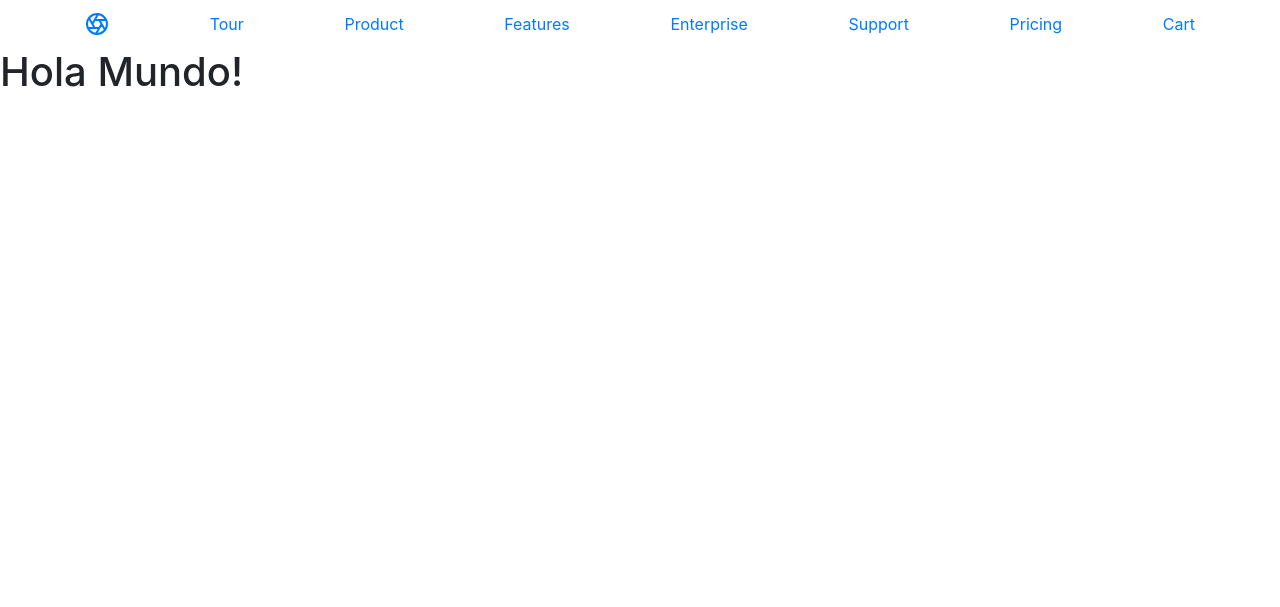
Repository: mapp1990/pasarela
Page: http://localhost/producto
An editor plug-in stored every save of this project. The page is shown before and after the next save, followed by the edit.
The browser window is 1280 px wide. The pictures show the whole page.
The page is served by the project's Laravel application, run on PHP 8.4 with Laravel 9.

Above is the page before, as saved 2022-05-27 17:28:34.

After the next save:
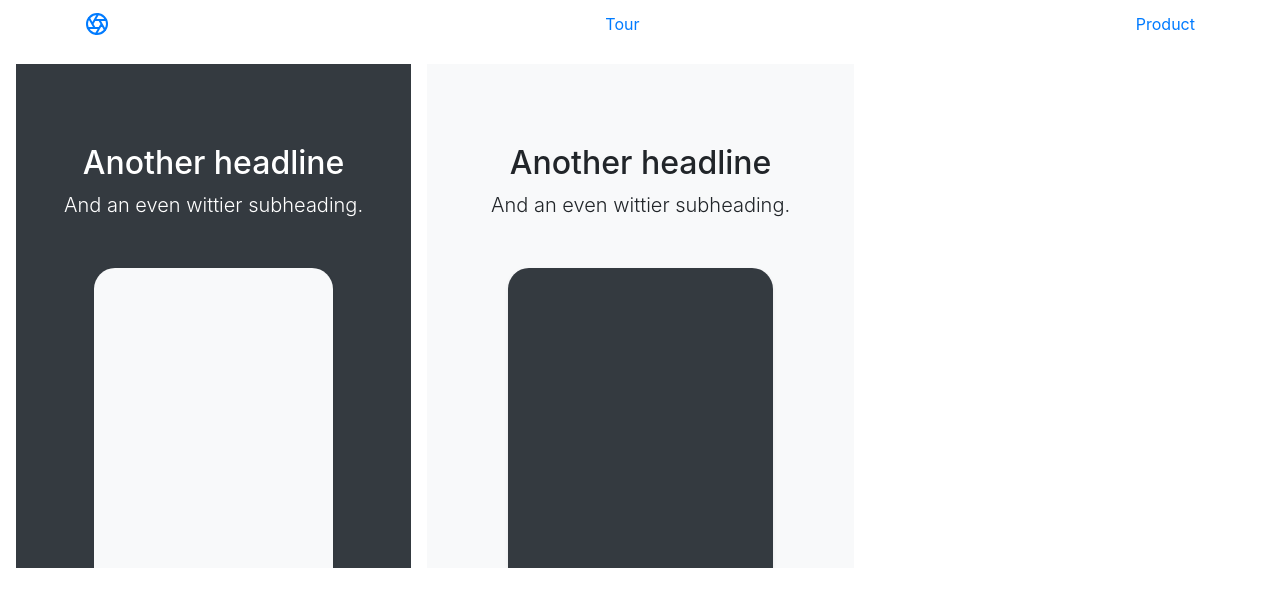
Saved 2 min 50 s later.
--- a/resources/views/productos.blade.php
+++ b/resources/views/productos.blade.php
@@ -9,18 +9,30 @@
   <body class="body">
     <nav class="site-header sticky-top py-1">
         <div class="container d-flex flex-column flex-md-row justify-content-between">
-          <a class="py-2" href="#" aria-label="Product">
+            <a class="py-2" href="#" aria-label="Product">
             <svg xmlns="http://www.w3.org/2000/svg" width="24" height="24" fill="none" stroke="currentColor" stroke-linecap="round" stroke-linejoin="round" stroke-width="2" class="d-block mx-auto" role="img" viewBox="0 0 24 24" focusable="false"><title>Product</title><circle cx="12" cy="12" r="10"></circle><path d="M14.31 8l5.74 9.94M9.69 8h11.48M7.38 12l5.74-9.94M9.69 16L3.95 6.06M14.31 16H2.83m13.79-4l-5.74 9.94"></path></svg>
-          </a>
-          <a class="py-2 d-none d-md-inline-block" href="#">Tour</a>
-          <a class="py-2 d-none d-md-inline-block" href="#">Product</a>
-          <a class="py-2 d-none d-md-inline-block" href="#">Features</a>
-          <a class="py-2 d-none d-md-inline-block" href="#">Enterprise</a>
-          <a class="py-2 d-none d-md-inline-block" href="#">Support</a>
-          <a class="py-2 d-none d-md-inline-block" href="#">Pricing</a>
-          <a class="py-2 d-none d-md-inline-block" href="#">Cart</a>
+            </a>
+            <a class="py-2 d-none d-md-inline-block" href="#">Tour</a>
+            <a class="py-2 d-none d-md-inline-block" href="#">Product</a>
         </div>
-      </nav>
-    <h1>Hola Mundo!</h1>
+    </nav>
+
+    <div class="d-md-flex flex-md-equal w-100 my-md-3 pl-md-3">
+        <div class="bg-dark mr-md-3 pt-3 px-3 pt-md-5 px-md-5 text-center text-white overflow-hidden">
+            <div class="my-3 py-3">
+            <h2 class="display-5">Another headline</h2>
+            <p class="lead">And an even wittier subheading.</p>
+            </div>
+            <div class="bg-light shadow-sm mx-auto" style="width: 80%; height: 300px; border-radius: 21px 21px 0 0;"></div>
+        </div>
+        <div class="bg-light mr-md-3 pt-3 px-3 pt-md-5 px-md-5 text-center overflow-hidden">
+            <div class="my-3 p-3">
+            <h2 class="display-5">Another headline</h2>
+            <p class="lead">And an even wittier subheading.</p>
+            </div>
+            <div class="bg-dark shadow-sm mx-auto" style="width: 80%; height: 300px; border-radius: 21px 21px 0 0;"></div>
+        </div>
+    </div>
+
   </body>
 </html>
